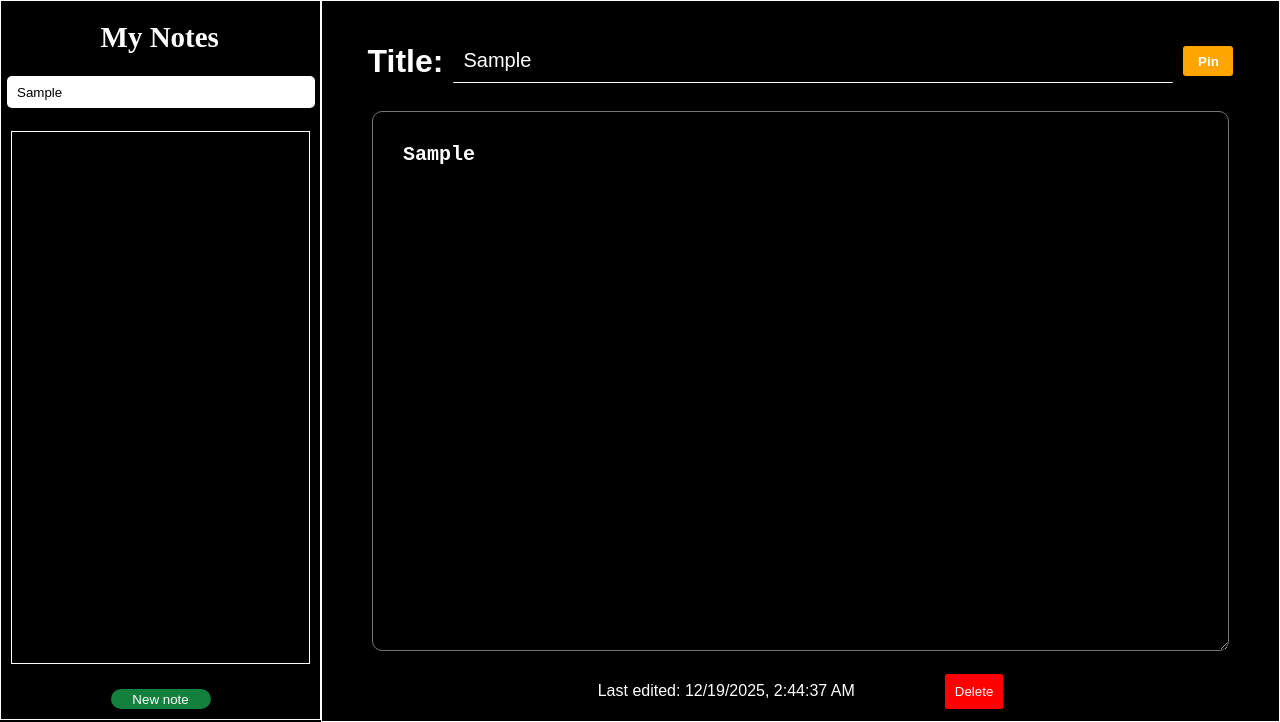
Repository: dmpelaez/myNotes
Page: QuickNotes.html
The author's editor kept a copy of each file at every save. The page is drawn from the files as they stood at one save, then again after the next save.
The browser window is 1280 px wide. The pictures show the whole page.
Empty fields were first filled with sample values (such as "Sample", 5 or name@example.com).
After loading, the first visible `button.add-button` was clicked once.

Above is the page before, as saved 2025-12-19 11:17:24.

After the next save:
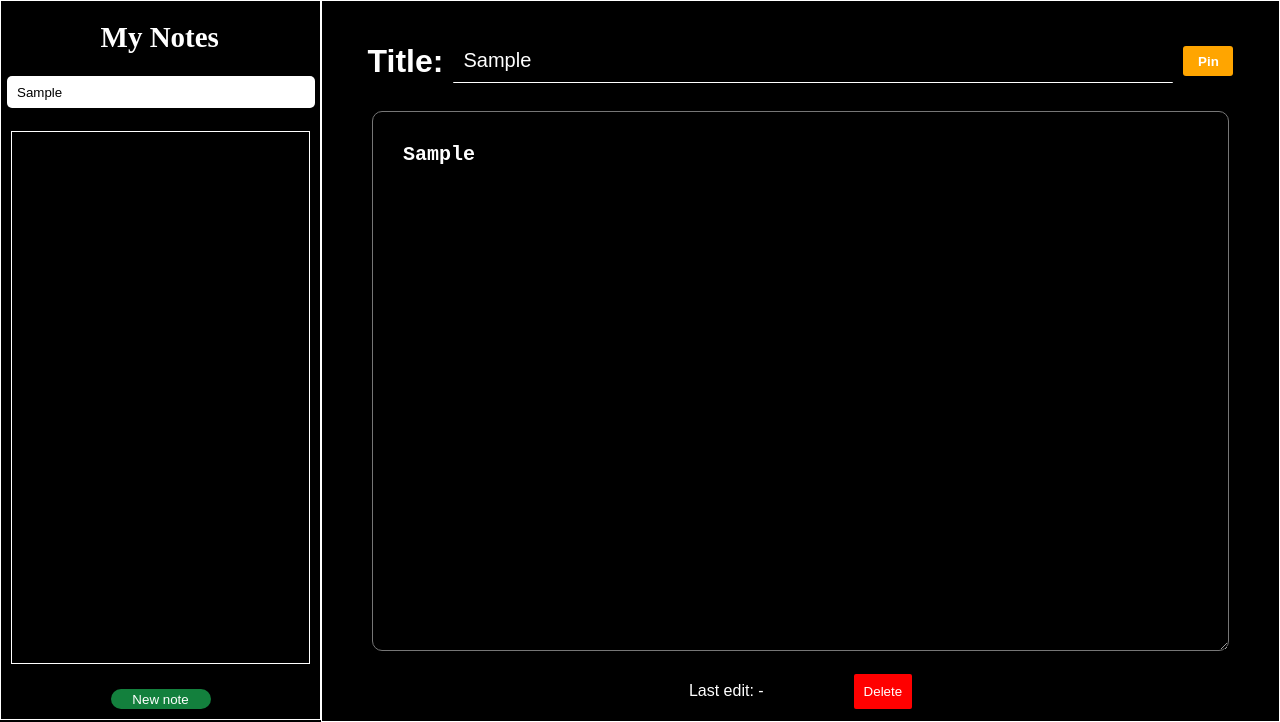
Console error: TypeError: Date.toLocaleString is not a constructor
Saved 65 s later.
--- a/QuickNote.js
+++ b/QuickNote.js
@@ -36,7 +36,7 @@
     id: Date.now(),
     title: "",
     content: "",
-    date: new Date().toLocaleString(),
+    date: new Date.toLocaleString(),
     pinned: false
   };
   notes.unshift(newNotes);
@@ -97,7 +97,6 @@
   textArea.value = note.content;
   note.date = new Date().toLocaleString();
   edit.innerText = "Last edited: " + note.date;
-
   saveNotes();
   renderNotes();
   console.log('working')

After the save that followed:
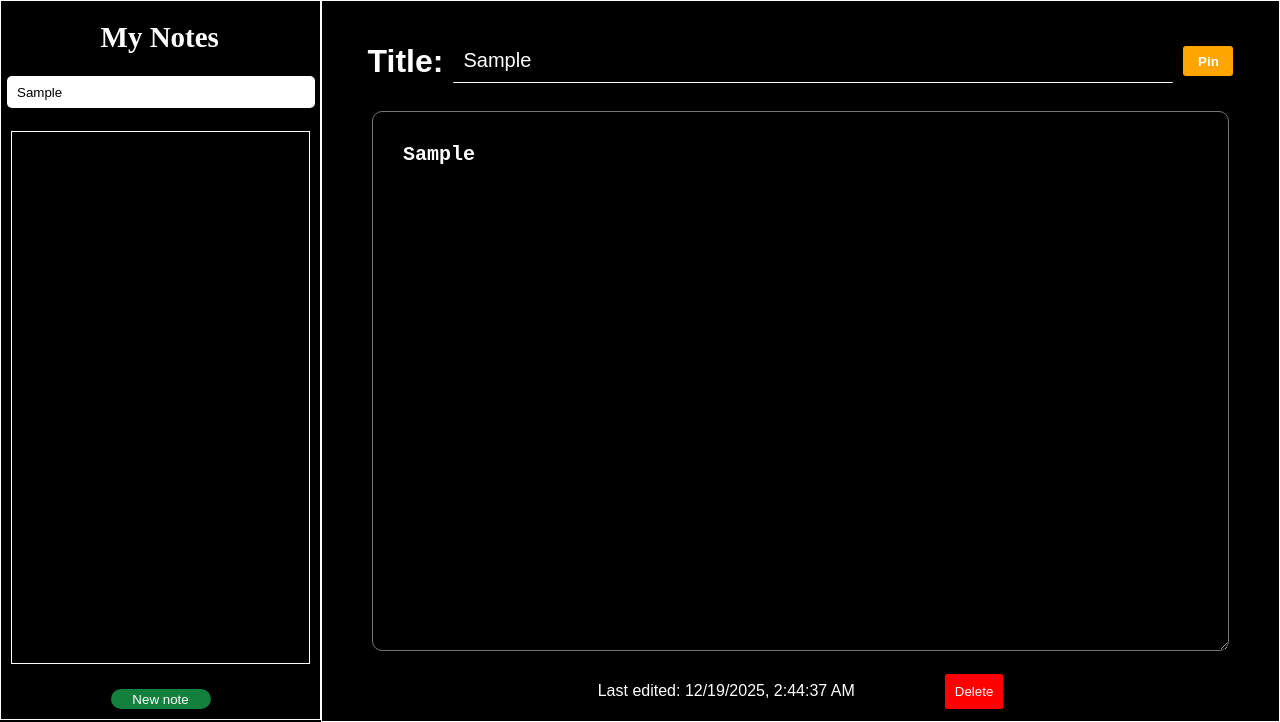
The error is gone.
Saved 7 s later.
--- a/QuickNote.js
+++ b/QuickNote.js
@@ -36,7 +36,7 @@
     id: Date.now(),
     title: "",
     content: "",
-    date: new Date.toLocaleString(),
+    date: new Date().toLocaleString(),
     pinned: false
   };
   notes.unshift(newNotes);
